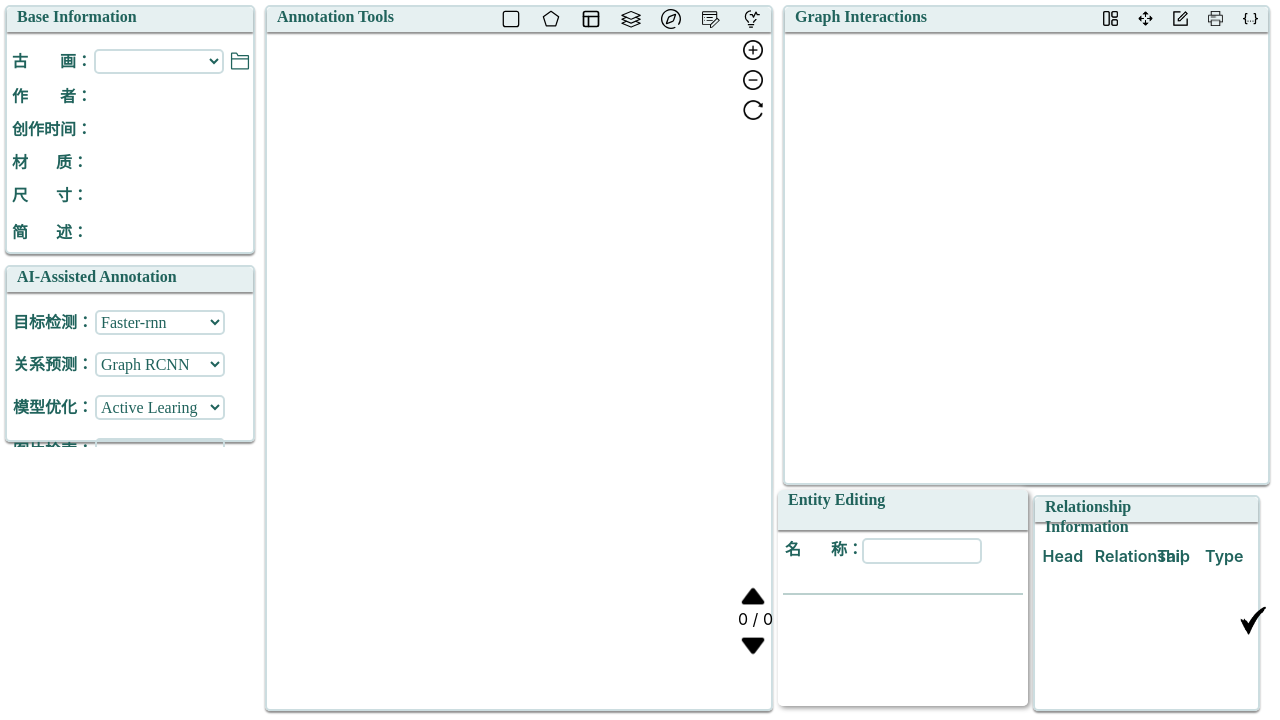
Repository: cailbh/ImageLabelTool
Page: /
An editor plug-in stored every save of this project. The page is shown before and after the next save, followed by the edit.
The browser window is 1280 px wide. The pictures show the whole page.
The project was rebuilt for these pictures with package versions that can differ from the ones it lists, and the page was loaded fresh each time.

Above is the page before, as saved 2022-11-02 10:34:04.

### src/index.tsx
import React from 'react';
import ReactDOM from 'react-dom/client';
import './index.css';
import UI from './View';

const root = ReactDOM.createRoot(
  document.getElementById('root') as HTMLElement
);
root.render(
  <React.StrictMode>
    <UI />
  </React.StrictMode>
);

### src/index.css
* {
  margin: 0;
  font-family: -apple-system, BlinkMacSystemFont, 'Segoe UI', 'Roboto', 'Oxygen',
    'Ubuntu', 'Cantarell', 'Fira Sans', 'Droid Sans', 'Helvetica Neue',
    sans-serif;
  -webkit-font-smoothing: antialiased;
  -moz-osx-font-smoothing: grayscale;
  padding: 0;
  user-select: none;
}

code {
  font-family: source-code-pro, Menlo, Monaco, Consolas, 'Courier New',
    monospace;
}

html, body, #root {
  width: 100%;
  height: 100%;
  /* background: rgb(237,241,241); */
  background: rgb(255,255,255);
}

#root {
  /* display: flex; */
  /* flex-direction: row; */

}

### src/View/index.tsx
/**
 * 该组件负责图像视图与网络图视图的通信：
 *
 */

import React from "react";
// import ImageView from "./ImageView";
import GraphView from "./GraphView";
import LabelView from "./LabelView";
import { Entity, EntityArray, Relationship, RelationshipArray } from '../lib/interface'
import { EntityArrayContextProvider, useEntityArray, useEntityArrayUpdate } from "../lib/context";
import { RelationshipArrayContextProvider, useRelationshipArray, useRelationshipArrayUpdate } from "../lib/context";
import { InfoContextProvider, useInfo, useInfoUpdate } from "../lib/context";
import { MemoArrayContextProvider, useMemoArray, useMemoArrayUpdate } from "../lib/context";


export default function UI() {
    return (
        <React.StrictMode>
            <InfoContextProvider>
                <RelationshipArrayContextProvider>
                    <EntityArrayContextProvider>
                        <MemoArrayContextProvider>
                            {/* <ImageView></ImageView> */}

                            <LabelView></LabelView>
                            {/* <GraphView></GraphView> */}
                        </MemoArrayContextProvider>
                    </ EntityArrayContextProvider >
                </RelationshipArrayContextProvider>
            </InfoContextProvider>
        </React.StrictMode>
    )
}

### src/View/LabelView.tsx
import React from "react";
import LabelDisplay from "../component/LabelDisplay/index";
import LabelTool from "../component/LabelTool/index";
import ViewCard from "./ViewCard";

export default function LabelView() {
    return (
        // <ViewCard
        //     top={(
        //         <LabelTool></LabelTool>
        //     )}
        //     body={(
        <LabelDisplay></LabelDisplay>
        //     )}
        // />
    )
}

### src/component/LabelDisplay/graph.css
#graph{
width: calc(100% - 6px);
height: calc(100% - 66px);
overflow: 'auto';
background: #fff;
box-sizing: border-box;
border-radius: 15px;
display: inline-block;
margin: 3px;
text-align: left;
position: relative;
}
#entityEditRootDiv{
    background: rgb(255,255,255,0.8);
    font-size: 10px;
    float: left;
    width: 250px;
    height: 100%;
    height: calc(30% - 0px);
    outline: none;
    border-radius: 5px;
    filter: progid:DXImageTransform.Microsoft.Shadow(color=#909090,direction=120,strength=4);
    box-shadow: 2px 2px 5px #909090 ,-2px -2px 5px #fff;
}
.graphRoot{
    background: rgba(237,241,241,0);
    position: relative;
    height: 100%;
    width: calc(40% - 10px);
    float: left;
}
.horizontal_graphRoot{
    background: rgba(237,241,241,0);
    position: relative;
    height: calc(45% - 10px);
    width: calc(100% - 260px);
    float: left;
}
.graphCantain{
    position: relative;
    height: calc(100% - 0px);
    float: left;
    width: calc(100% - 0px);
    background: rgba(237,241,241,0);
    /* padding: 10px; */
}
.graphHead{
    width: 100%;
    height: 25px;
    background: rgba(0,0,0,0);
    float: left;
    position: relative;
    z-index: 999999;
    border-top-left-radius: 5px;
    border-top-right-radius: 5px;
    background-color: rgba(230,240,241,1);
    filter: progid:DXImageTransform.Microsoft.Shadow(color=#909090,direction=120,strength=4);
    box-shadow: 0px 2px 2px #909090;
}

.graphLogo {
    float: left;
    width: 30%;
    height: 100%;
    margin-left: 10px;
    color: rgb(32,99,92);
    text-align: left;
    font-weight: 600;
    font-size: 16px;
    font-variant: tabular-nums;
    line-height: 125%;
    font-feature-settings: "tnum";
    font-family: SourceHanSerifCN-Heavy, SourceHanSerifCN;
}
.graphAssistFeatures{
    float: right;
    height: 100%;
    width: 30%;
}
.toolBut {
    height: 100%;
    text-align: center;
    /* padding: 4px; */
    width: 50px;
    float: left;
    margin: 1px 10px 0px 10px;
}

.graphToolBut {
    width: 35px;
    height: 35px;
    margin: 15px 15px 5px 25px;
    cursor: pointer;
    -webkit-border-radius: 5px;
    -moz-border-radius: 5px;
    border-radius: 5px;
    font-size: 15px;
    font-style: normal;
    color: #000;
    line-height: 36px;
    text-align: center;
    float: left;
    display: flex;
    justify-content: center;
    align-items: center;
    height: calc(100% - 20px);
    text-align: center;
    padding: 5px;
    border: 1px #696969 solid;
    width: 40px;
    float: right;
    margin: 5px 2px 5px 2px;
}
.graphToolBut:hover {
    background: #767a84;
    color: #fff;
}

.attributeDiv{
    background: rgba(237,241,241,0);
    -webkit-box-sizing: border-box;
    -moz-box-sizing: border-box;
    box-sizing: border-box;
    border-radius: 5px;
    width: calc(100% - 275px);
    margin: 5px;
    height: calc(30% - 0px);
    border-image-slice: 151;
    border-image-width: 20px 1px;
    -webkit-box-sizing: border-box;
    -moz-box-sizing: border-box;
    box-sizing: border-box;
    float: left;
    border: 2px solid rgb(204,221,224);
    filter:progid:DXImageTransform.Microsoft.Shadow(color=#909090,direction=120,strength=4);
    -moz-box-shadow: 0px 2px 10px #909090;
    -webkit-box-shadow: 0px 2px 10px #909090;
    box-shadow:0px 2px 2px #909090
}
.graphDiv{
    background: rgba(237,241,241,0);
    -webkit-box-sizing: border-box;
    -moz-box-sizing: border-box;
    box-sizing: border-box;
    border-radius: 5px;
    width: calc(100% - 15px);
    margin: 5px;
    height: calc(70% - 24px);
    border-radius: 5px;
    float: left;
    border: 2px solid rgb(204,221,224);
    filter:progid:DXImageTransform.Microsoft.Shadow(color=#909090,direction=120,strength=4);
    -moz-box-shadow: 0px 2px 10px #909090;
    -webkit-box-shadow: 0px 2px 10px #909090;
    box-shadow:0px 2px 2px #909090
}
.horizontal_attributeDiv{
    background: rgba(237,241,241,0);
    -webkit-box-sizing: border-box;
    -moz-box-sizing: border-box;
    box-sizing: border-box;
    border-radius: 5px;
    width: calc(40% - 10px);
    margin: 5px;
    height: calc(100% - 0px);
    border-image-slice: 151;
    border-image-width: 20px 1px;
    -webkit-box-sizing: border-box;
    -moz-box-sizing: border-box;
    box-sizing: border-box;
    float: left;
    border: 2px solid rgb(204,221,224);
    filter:progid:DXImageTransform.Microsoft.Shadow(color=#909090,direction=120,strength=4);
    -moz-box-shadow: 0px 2px 10px #909090;
    -webkit-box-shadow: 0px 2px 10px #909090;
    box-shadow:0px 2px 2px #909090
}
.horizontal_graphDiv{
    background: rgba(237,241,241,0);
    -webkit-box-sizing: border-box;
    -moz-box-sizing: border-box;
    box-sizing: border-box;
    border-radius: 5px;
    width: calc(60% - 10px);
    margin: 5px;
    height: calc(100% - 0px);
    border-radius: 5px;
    float: left;
    border: 2px solid rgb(204,221,224);
    filter:progid:DXImageTransform.Microsoft.Shadow(color=#909090,direction=120,strength=4);
    -moz-box-shadow: 0px 2px 10px #909090;
    -webkit-box-shadow: 0px 2px 10px #909090;
    box-shadow:0px 2px 2px #909090
}
#attributeBox{
    width: calc(50% - 4px);
    height: calc(100% - 2px);
    overflow: 'auto';
    margin: 2px 1px;
    float: left;
}
#relationshipBox{
    width: calc(100% - 4px);
    height: calc(100% - 47px);
    /* width: 100%; */
    /* height: 100%; */
    background: #fff;
    overflow: 'auto';
    float: left;
    margin: 2px 1px;
    border-radius: 15px;
}
#relationshipBoxHead{
    background-color: rgba(230,240,241,1);
    color: rgba(32,99,92,1);
    height: 25px;
    border-top-left-radius: 5px;
    border-top-right-radius: 5px;
    box-shadow: 0px 2px 2px #909090;
}
.but {
    display: flex;
    flex-direction: column;
    height: 40px;
    width:40px;
    justify-content: center;
    float: left;
}
.butContain{
    width: 10px;
    height: 100px;
    position: absolute;
    z-index: 9999;
    display: none;
}
.graphToolsDiv{
    width: 60%;
    height: 100%;
    float: right;
    /* display: flex; */
    justify-content: center;
    align-items: center;
}
.graphTool {
    /* background-color: #fff ; */
    width: 15px;
    height: 15px;
    margin: 4px 10px;
    cursor: pointer;
    float: left;
    text-align: center;
    font-size: 0;
}
.graphTool h5{
    font-style: normal;
    color: #000;
    line-height: 36px;
    text-align: center;
    font-size: 0;
}
.graphTool h5:hover{
    font-size: 0px;
}
.graphToolSet:hover {
    background: #767a84;
    color: #fff;
}
.graphToolSet.focus {
    background: #767a84;
    color: #fff;
}
#graphTools{
    float: right;
    /* height: 100%; */
    /* width: 60%; */
    /* height: 50px; */
    /* float: left; */
    position: relative;
    z-index: 999999;
    /* filter:progid:DXImageTransform.Microsoft.Shadow(color=#909090,direction=120,strength=4);
    -moz-box-shadow: 2px 2px 10px #909090;
    -webkit-box-shadow: 2px 2px 10px #909090;
    box-shadow:2px 2px 10px #909090; */
    border-top-left-radius: 10px;
    border-top-right-radius: 10px;
}
#layoutDiv{
    height: 50px;
    width: 100px;
    background: #ffffff;
    top:75px;
    position: absolute;
    display: flex;
    justify-content: center;
    align-items: center;
    /* border-top-left-radius: 10px;
    border-top-right-radius: 10px; */
    /* border: 5px #000 solid; */
    right: calc(70% - 230px);
    z-index: -999;
}
#layouts{
    float: right;
    /* height: 100%;
    width: 100%; */
    /* float: left; */
    position: relative;
    /* filter:progid:DXImageTransform.Microsoft.Shadow(color=#909090,direction=120,strength=4);
    -moz-box-shadow: 2px 2px 10px #909090;
    -webkit-box-shadow: 2px 2px 10px #909090;
    box-shadow:2px 2px 10px #909090; */
    /* border-top-left-radius: 10px;
    border-top-right-radius: 10px; */
}
#entity-table{
    width: calc(100% - 6px);
    height: calc(100% - 6px);
    border: 2px solid rgba(50, 50, 50, 0.2);
    box-sizing: border-box;
    border-radius: 5px;
    display: inline-block;
    margin: 3px;
    background: rgb(255,255,255);
}
.tableEntity{
    height: 100% !important
}

.tableRelationship{
    height: 100% !important
}
.rs-table-body-row-wrapper{
    height: 100% !important
}
#relationship-table{
    width: calc(100% - 0px);
    height: calc(100% - 0px);
    /* border: 2px solid rgba(50, 50, 50, 0.2); */
    /* box-sizing: border-box; */
    border-radius: 15px;
    display: inline-block;
    /* margin: 3px; */
    background: rgb(255,255,255);
}

.toolLayout{
    font-size:0;
    overflow:hidden;
    background: url("../../assets/imgs/tool-layout.png");
    background-size: cover;
}
.toolEdit{
    font-size:0;
    overflow:hidden;
    background: url("../../assets/imgs/tool-edit.png");
    background-size: cover;
}
.toolDrop{
    font-size:0;
    overflow:hidden;
    background: url("../../assets/imgs/tool-drop.png");
    background-size: cover;
}
.toolAdd{
    font-size:0;
    overflow:hidden;
    background: url("../../assets/imgs/tool-add.png");
    background-size: cover;
}

.toolDel{
    font-size:0;
    overflow:hidden;
    background: url("../../assets/imgs/tool-del.png");
    background-size: cover;
}

.toolUndo{
    font-size:0;
    overflow:hidden;
    background: url("../../assets/imgs/tool-undo.png");
    background-size: cover;
}

.toolRedo{
    font-size:0;
    overflow:hidden;
    background: url("../../assets/imgs/tool-redo.png");
    background-size: cover;
}

.toolPrint{
    font-size:0;
    overflow:hidden;
    background: url("../../assets/imgs/tool-download.png");
    background-size: cover;
}

.toolInputJson{
    font-size:0;
    overflow:hidden;
    background: url("../../assets/imgs/tool-inputJson.svg");
    background-size: cover;
}
.graphTool:hover {
    background: rgba(0,0,0,0);
    font-size: 0px;
    font-weight: 300;
    font-style: normal;
    color: #000;
    line-height: 36px;
    text-align: center;
    float: left;
     /* display: flex; */;
    justify-content: center;
    align-items: center;
    text-align: center;
}
.layoutSet{
    width: 20px;
    height: 20px;
    margin:5px;
    font-size:0;
    overflow:hidden;

    cursor: pointer;
    float: left;
}

.toolCrossLayout{
    background: url(../../assets/imgs/layout-cross.png);
    background-size: cover

}
.toolForceLayout{
    background: url(../../assets/imgs/layout-force.png);
    background-size: cover

}
.toolDragLayout{
    background: url(../../assets/imgs/layout-drag.png);
    background-size: cover

}
.layoutSet:hover {
    background: rgba(0,0,0,0);
    font-size: 10px;
    font-style: normal;
    color: #000;
    line-height: 6px;
    text-align: center;
    float: left;
    display: flex;
    justify-content: center;
    align-items: center;
    text-align: center;
}
.entInput{
    background: rgba(0,0,0,0);
    border: 0;
    text-align: center;
    width: 50%;
    height: 100%;
    float: left;
}
.entInput :focus{
    background: rgba(0,0,0,0);
    border: 0;
    text-align: center;
    width: 50%;
    float: left;
    height: 100%;
}

### src/lib/tasks.tsx
export default class Task {
    id: string;
    name: string;
    size: string;
    texture: string;
    time: string;
    author: string;
    discribe:string;
    constructor(options) {
        this.id = "";
        this.name = "";
        this.size = "";
        this.texture = "";
        this.time = "";
        this.author = ""
        this.discribe = ""
    }
}

### src/lib/interface.tsx
export class EntityArray {
    array: Array<Entity>;
}
export class RelationshipArray {
    array: Array<Relationship>;
}
export class MemoArray {
    relArray: Array<Relationship>;
    entArray: Array<Entity>;
}
export class Entity {
    name: string;
    id: string;
    type: string;
    x: number;
    y: number;
    //图片绘制起始位置
    ix: number;
    iy: number;
    //标注绘制起始位置
    lx: number;
    ly: number;
    // 图片宽度
    iWidth: number;
    // 图片高度
    iHeight: number;
    //图片缩放
    iScale: number;
    visAble: boolean;
    labels: any;
    content: any;
    contentType: string;
    labelLocation: any;
    rgb: string;
    visibility: boolean;
    trend: any;
    trendIndex: number;
    centerPoint: any;
    rectMask: any;
    color: string;
    describe: string;
    attribute: any;
    active: boolean;
    children: any;
    constructor(myName: string) { //定义带参数的构造函数
        this.name = myName;
    }
}


export class Relationship {
    name: string;
    id: string;
    type: string;
    targetId: string;
    sourceId: string;
    color: string;
    weight: number;
    visAble: boolean
    // constructor(myName: string) { //定义带参数的构造函数
    //     this.name = myName;
    // }
}

export class Info {
    changeState: number;
}

export default class LabelState {
    //任务名称
    taskName: string;
    //文件列表
    imgFiles: any;
    //图片总数
    imgSum: number;
    //选择图片下标
    imgIndex: number;
    cWidth: number;
    cHeight: number;
    // 缩略图宽度
    sWidth: number;
    // 缩略图高度
    sHeight: number;
    // 图片宽度
    iWidth: number;
    // 图片高度
    iHeight: number;
    // 图片拖拽至边缘最小显示
    appearSize: number;
    // 缩放布进
    scaleStep: number;
    // 最小缩放比例
    minScale: number;
    // 最大缩放比例
    maxScale: number;
    // 图片在画板中的横坐标
    x: number;
    // 图片在画板中的纵坐标
    y: number;
    // 鼠标当前画板中的横坐标
    mouseX: number;
    // 鼠标当前画板中的纵坐标
    mouseY: number;
    // 拖动过程中，鼠标前一次移动的横坐标
    prevX: number;
    // 拖动过程中，鼠标前一次移动的纵坐标
    prevY: number;
    // 缩放比例
    scale: number;
    // 鼠标在图片中的横坐标
    ix: number;
    // 鼠标在图片中的纵坐标
    iy: number;
    // 矩形框起点横坐标
    rectX: number;
    // 矩形框起点纵坐标
    rectY: number;
    // 绘制多边形的圆点半径
    radius: number;

    // 绘制线段宽度
    lineWidth: number;

    //绘制区域模块透明度
    opacity: number;

    // 定时器
    timer: any;

    // 结果是否被修改
    isModify: boolean;

    // 是否全屏
    isFullScreen: boolean;

    // 是否移动图像标注圆点
    isDragCircle: boolean;

    // 当前点击圆点index
    snapCircleIndex: number;

    // 用于在拖拽或者缩放时，让绘制至存储面板的数据，只绘制一次
    drawFlag: boolean;

    // 监听滚动条缩放是否结束的定时器
    mousewheelTimer: null;

    // 历史记录下标
    historyIndex: number;
    Arrays: any;
    Nodes: any;
    Features: any;

}

### src/axios/index.ts
import entityRecognize from './api/entityRecognize';

export * from './api/entityRecognize'; // 目标识别
// export * from './api/img'; // 图片
export default {
    entityRecognize
}

### src/component/GraphRelationship/index.css
.smallInput  {
    width: 90%;
    border-radius: 10px;
    border: 1.5px #ccc solid;
    /* margin: 5px; */
    margin-left: 15px;
    color: rgb(32,99,92);
    font-weight: 600;
    font-size: 16px;
    line-height: 1.35;
    font-variant: tabular-nums;
    line-height: 1.5715;
    font-feature-settings: "tnum";
    font-family: SourceHanSerifCN-Heavy, SourceHanSerifCN;
}
.relRow{
    width: 20% !important;
    margin: 5px;
    padding: 0px !important;
}
.relBut{
    margin: 5px;
    padding: 0px !important;
}
.relationship-table-head-co{
    width: 20%;
    height: calc(100% - 10px);
    float: left;
    margin: 5px;
    text-align: center;
}
.confirmButton{
    width: 20px;
    height: 20px;
    /* margin: 5px; */
    border-radius: 15px;
    float: left;
    border: 0px;
    background-color: rgb(32,99,92);
    color: #fff;
    text-align: center;
    font-weight: 600;
    font-size: 12px;
    font-variant: tabular-nums;
    line-height: 1.5715;
    font-feature-settings: "tnum";
    font-family: SourceHanSerifCN-Heavy, SourceHanSerifCN;
}
.deleteButton{
    width: 20px;
    height: 20px;
    /* margin: 5px; */
    border-radius: 15px;
    float: left;
    border: 0px;
    background-color: rgb(32,99,92);
    color: #fff;
    text-align: center;
    font-weight: 600;
    font-size: 12px;
    font-variant: tabular-nums;
    line-height: 1.5715;
    font-feature-settings: "tnum";
    font-family: SourceHanSerifCN-Heavy, SourceHanSerifCN;
}
#bigInput {
    color:#333;
    height: 60px;
    line-height:normal;
    font-family:"Microsoft YaHei",Tahoma,Verdana,SimSun;
    font-style:normal;
    font-variant:normal;
    font-size-adjust:none;
    font-stretch:normal;
    font-weight:normal;
    margin-top:0px;
    margin-bottom:0px;
    margin-left:0px;
    padding-top:4px;
    padding-right:4px;
    padding-bottom:4px;
    padding-left:4px;
    font-size:15px;
    outline-width:medium;
    outline-style:none;
    outline-color:invert;
    border-top-left-radius:3px;
    border-top-right-radius:3px;
    border-bottom-left-radius:3px;
    border-bottom-right-radius:3px;
    text-shadow:0px 1px 2px #fff;
    background-attachment:scroll;
    background-repeat:repeat-x;
    background-position-x:left;
    background-position-y:top;
    background-size:auto;
    background-origin:padding-box;
    background-clip:border-box;
    background-color:rgb(255,255,255);
    margin-right:8px;
    border-top-color:#ccc;
    border-right-color:#ccc;
    border-bottom-color:#ccc;
    border-left-color:#ccc;
    border-top-width:1px;
    border-right-width:1px;
    border-bottom-width:1px;
    border-left-width:1px;
    border-top-style:solid;
    border-right-style:solid;
    border-bottom-style:solid;
    border-left-style:solid;
}
.relationship-table-head{
    height: 25px;
    color: rgb(32,99,92);
    /* background: rgb(210,225,230); */
    font-weight: 600;
    text-align: center;
    font-size: 16px;
    line-height: 1.35;
    font-variant: tabular-nums;
    line-height: 1.5715;
    font-feature-settings: "tnum";
    font-family: SourceHanSerifCN-Heavy, SourceHanSerifCN;
    /* border-top-left-radius: 15px;
    border-top-right-radius: 15px; */
}
.relationship-table-body{
    height: calc(100% - 40px);
    overflow:scroll;
    scrollbar-width: none;
}

### src/axios/api/entityRecognize/index.ts
import { get, put, post, del } from '../../http';
import axios from 'axios'
import{base} from '../config'
import {message} from 'antd'
import cookie from 'react-cookies'
export const getImg = (data: any) => get({ url: '/recognize/', data }); //
export const postImg = (data: any) => post({ url: '/recognize/', data }); //
export const updateImg = (data: any) => put({ url: '/recognize/', data });

export default{
    //测试
    async testApi(params){
        return await axios.get(`${base}/hi`,params) .then((res)=>{
            return res.data;
        }).catch((error)=>{
            message.error("服务器出错")
        })
    },
    //目标检测
    async entityRecognizeApi(params){
        return await axios.post(`${base}/predict_bbx`,params).then((res)=>{
            return res.data;
        }).catch((error)=>{
            message.error("服务器出错")
        })
    },

}

### src/axios/config.ts
export const rootURL = ''

export const ServerCode = {
    SUCCESS: 0,
    CONTINUE: 400,
    WRONG_PARAM: 401,
    WRONG_REQUEST: 402,
    FORBIDDEN: 403,
    WRONG_URL: 404,
    NO_LOGIN: 406,
    TIME_OUT: 408,
    WRONG_REQUEST_MODAL: 410,
    AUTO_SAVE_ERROR_CODE: 411, // 自动暂存code
    PROCESS_ERROR: 412, // 任务进度错误
    WRONG_SERVER: 500,
    WRONG_REALIZE: 501,
    WRONG_GATEWAY: 502,
    BAD_SERVER: 503,
    GATEWAY_TIME_OUT: 504,
    WRONG_VERSION: 505
};

export const SubCode = {
    OPERATION_FAILED: 410001,
    TASK_HAS_EXPIRED_OR_SUBMITTED: 400001
};

export const ServerCodeMap = {
    [ServerCode.SUCCESS]: '成功',
    [ServerCode.CONTINUE]: '继续', // 传递指定“继续参数”即可成功
    [ServerCode.WRONG_PARAM]: '参数格式出错',
    [ServerCode.WRONG_REQUEST]: '请求出错',
    [ServerCode.FORBIDDEN]: '拒绝访问',
    [ServerCode.WRONG_URL]: '请求地址出错',
    [ServerCode.NO_LOGIN]: '未登录',
    [ServerCode.TIME_OUT]: '请求超时',
    [ServerCode.WRONG_SERVER]: '服务器内部错误',
    [ServerCode.WRONG_REALIZE]: '服务未实现',
    [ServerCode.WRONG_GATEWAY]: '网关错误',
    [ServerCode.BAD_SERVER]: '服务不可用',
    [ServerCode.GATEWAY_TIME_OUT]: '网关超时',
    [ServerCode.WRONG_VERSION]: 'HTTP版本不受支持'
};

export const RedirectMap = {
    [ServerCode.FORBIDDEN]: '/403'
};

Loaded but not shown: public/index.html (common file); src/lib/uuid.js (8 lines, source omitted); src/axios/api/config.js (3 lines, source omitted); src/component/LabelDisplay/index.tsx (4152 lines, source omitted); src/component/LabelDisplay/index.css (1817 lines, source omitted); src/component/GraphRelationship/index.tsx (223 lines, source omitted); src/component/AttributeInput/index.tsx (170 lines, source omitted); src/axios/http.ts (147 lines, source omitted); src/lib/webAnnotate.tsx (280 lines, source omitted); src/component/AttributeInput/index.css (168 lines, source omitted); src/lib/context.tsx (83 lines, source omitted)

After the next save:
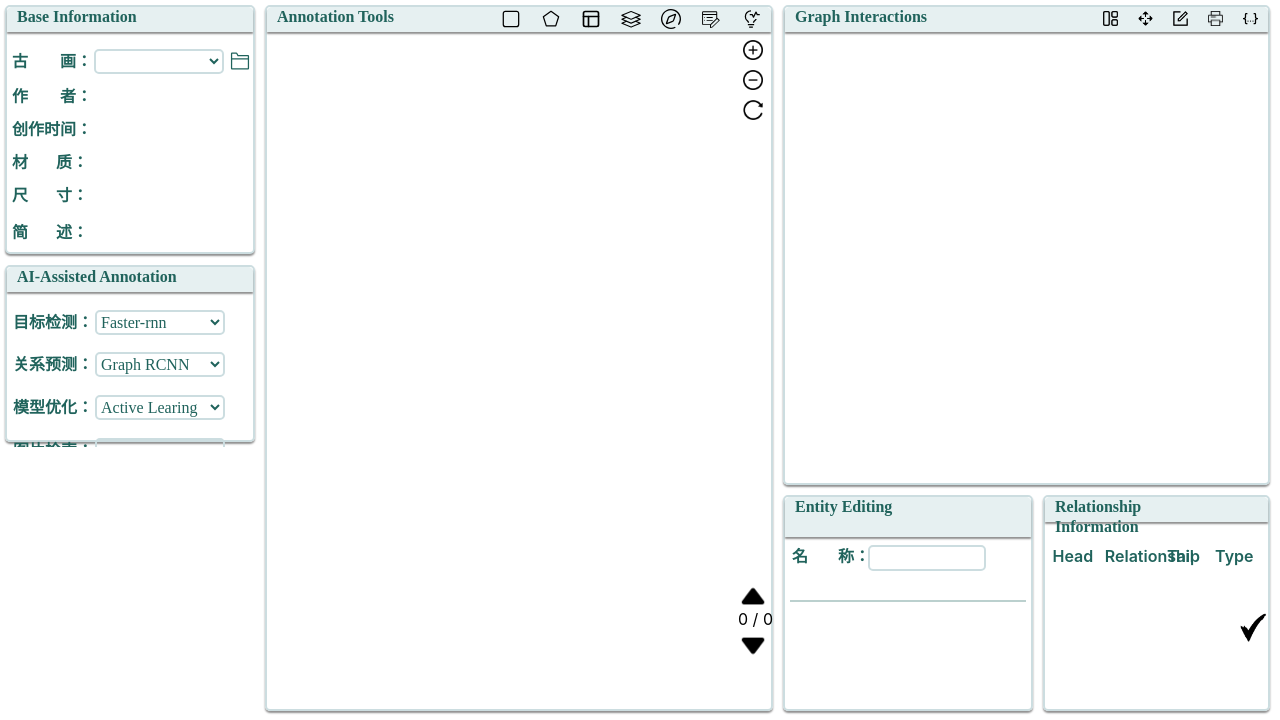
Saved 71 s later.
--- a/src/component/LabelDisplay/graph.css
+++ b/src/component/LabelDisplay/graph.css
@@ -11,16 +11,20 @@ text-align: left;
 position: relative;
 }
 #entityEditRootDiv{
-    background: rgb(255,255,255,0.8);
-    font-size: 10px;
+    background: rgba(237,241,241,0);
+    box-sizing: border-box;
+    border-radius: 5px;
     float: left;
     width: 250px;
     height: 100%;
+    margin: 5px;
     height: calc(30% - 0px);
-    outline: none;
-    border-radius: 5px;
+    border-image-width: 20px 1px;
+    box-sizing: border-box;
+    float: left;
+    border: 2px solid rgb(204,221,224);
     filter: progid:DXImageTransform.Microsoft.Shadow(color=#909090,direction=120,strength=4);
-    box-shadow: 2px 2px 5px #909090 ,-2px -2px 5px #fff;
+    box-shadow: 0px 2px 2px #909090;
 }
 .graphRoot{
     background: rgba(237,241,241,0);
